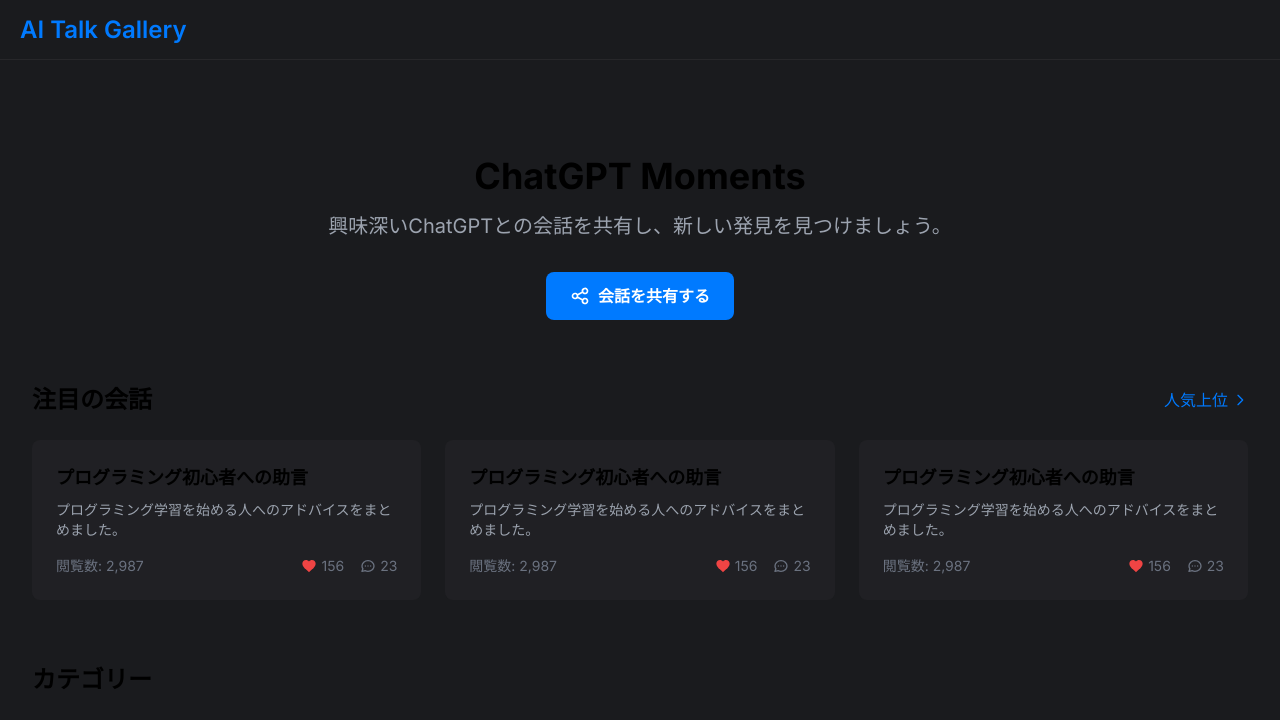
Repository: hayakawa1/ai-talk-gallery
Page: /
An editor plug-in stored every save of this project. The page is shown before and after the next save, followed by the edit.
The browser window is 1280 px wide. The pictures show the whole page.
An inner scrolling area shows only its first screen. The project was rebuilt for these pictures with package versions that can differ from the ones it lists, and the page was loaded fresh each time. The framework's server and built-in components were replaced by stand-ins that run in the browser. Also part of the build but not shown: next.config.ts.

Above is the page before, as saved 2024-12-16 23:05:15.

### src/app/layout.tsx
import './globals.css'
import type { Metadata } from 'next'
import { Inter } from 'next/font/google'

const inter = Inter({
  subsets: ['latin'],
  display: 'swap',
})

export const metadata: Metadata = {
  title: 'AI Talk Gallery',
  description: 'AI Talk Gallery',
}

export default function RootLayout({
  children,
}: {
  children: React.ReactNode
}) {
  return (
    <html lang="ja" className="dark">
      <body className={inter.className}>
        <div id="root" className="w-full h-full">
          <div className="flex flex-col h-full w-full bg-bolt-elements-background-depth-1">
            <header className="flex select-none items-center bg-bolt-elements-background-depth-1 pl-5 pr-4 border-b h-[60px] border-zinc-800">
              <div className="flex grow-1 basis-60 items-center gap-2 z-10">
                <a href="/" className="text-2xl font-semibold text-accent flex items-center">
                  AI Talk Gallery
                </a>
              </div>
              <div className="flex-1 select-text px-4 text-sm text-center">
              </div>
            </header>
            <main className="flex-1 overflow-auto">
              {children}
            </main>
          </div>
        </div>
      </body>
    </html>
  )
}

### src/app/page.tsx
import { PostForm } from "@/components/post-form"

export default function Home() {
  return (
    <div className="max-w-7xl mx-auto px-4 sm:px-6 lg:px-8 py-8">
      {/* ヒーローセクション */}
      <div className="text-center py-16">
        <h1 className="text-4xl font-bold mb-4">ChatGPT Moments</h1>
        <p className="text-xl text-gray-400 mb-8">
          興味深いChatGPTとの会話を共有し、新しい発見を見つけましょう。
        </p>
        <button className="bg-accent hover:bg-accent/90 text-white font-bold py-3 px-6 rounded-lg flex items-center gap-2 mx-auto">
          <svg className="w-5 h-5" fill="none" stroke="currentColor" viewBox="0 0 24 24">
            <path strokeLinecap="round" strokeLinejoin="round" strokeWidth={2} d="M8.684 13.342C8.886 12.938 9 12.482 9 12c0-.482-.114-.938-.316-1.342m0 2.684a3 3 0 110-2.684m0 2.684l6.632 3.316m-6.632-6l6.632-3.316m0 0a3 3 0 105.367-2.684 3 3 0 00-5.367 2.684zm0 9.316a3 3 0 105.368 2.684 3 3 0 00-5.368-2.684z" />
          </svg>
          会話を共有する
        </button>
      </div>

      {/* 注目の会話セクション */}
      <section className="mb-16">
        <div className="flex justify-between items-center mb-6">
          <h2 className="text-2xl font-bold">注目の会話</h2>
          <a href="#" className="text-accent hover:underline flex items-center gap-1">
            人気上位
            <svg className="w-4 h-4" fill="none" stroke="currentColor" viewBox="0 0 24 24">
              <path strokeLinecap="round" strokeLinejoin="round" strokeWidth={2} d="M9 5l7 7-7 7" />
            </svg>
          </a>
        </div>

        <div className="grid grid-cols-1 md:grid-cols-2 lg:grid-cols-3 gap-6">
          {/* 会話カード */}
          {[1, 2, 3].map((i) => (
            <div key={i} className="bg-zinc-800/50 rounded-lg p-6 hover:bg-zinc-800/70 transition">
              <h3 className="text-lg font-semibold mb-2">プログラミング初心者への助言</h3>
              <p className="text-gray-400 mb-4 text-sm">
                プログラミング学習を始める人へのアドバイスをまとめました。
              </p>
              <div className="flex justify-between text-sm text-gray-500">
                <span>閲覧数: 2,987</span>
                <div className="flex items-center gap-4">
                  <span className="flex items-center gap-1">
                    <svg className="w-4 h-4 text-red-500" fill="currentColor" viewBox="0 0 24 24">
                      <path d="M12 21.35l-1.45-1.32C5.4 15.36 2 12.28 2 8.5 2 5.42 4.42 3 7.5 3c1.74 0 3.41.81 4.5 2.09C13.09 3.81 14.76 3 16.5 3 19.58 3 22 5.42 22 8.5c0 3.78-3.4 6.86-8.55 11.54L12 21.35z"/>
                    </svg>
                    156
                  </span>
                  <span className="flex items-center gap-1">
                    <svg className="w-4 h-4" fill="none" stroke="currentColor" viewBox="0 0 24 24">
                      <path strokeLinecap="round" strokeLinejoin="round" strokeWidth={2} d="M8 12h.01M12 12h.01M16 12h.01M21 12c0 4.418-4.03 8-9 8a9.863 9.863 0 01-4.255-.949L3 20l1.395-3.72C3.512 15.042 3 13.574 3 12c0-4.418 4.03-8 9-8s9 3.582 9 8z" />
                    </svg>
                    23
                  </span>
                </div>
              </div>
            </div>
          ))}
        </div>
      </section>

      {/* カテゴリーセクション */}
      <section>
        <h2 className="text-2xl font-bold mb-6">カテゴリー</h2>
        <div className="grid grid-cols-2 md:grid-cols-3 lg:grid-cols-6 gap-4">
          {[
            { name: 'おもしろい', icon: '✨' },
            { name: '哲学的', icon: '💡' },
            { name: '感動的', icon: '💭' },
            { name: '技術的', icon: '⚡' },
            { name: '学び', icon: '📚' },
            { name: 'その他', icon: '🔗' },
          ].map((category) => (
            <a
              key={category.name}
              href="#"
              className="flex flex-col items-center justify-center p-6 bg-zinc-800/50 rounded-lg hover:bg-zinc-800/70 transition text-center"
            >
              <span className="text-2xl mb-2">{category.icon}</span>
              <span className="text-sm">{category.name}</span>
            </a>
          ))}
        </div>
      </section>
    </div>
  )
}

### src/app/globals.css
@tailwind base;
@tailwind components;
@tailwind utilities;

:root {
  --header-height: 60px;
}

html {
  @apply h-full;
}

body {
  @apply h-full;
}

#root {
  @apply h-full w-full;
}

### tailwind.config.js
/** @type {import('tailwindcss').Config} */
module.exports = {
  darkMode: 'class',
  content: [
    './src/pages/**/*.{js,ts,jsx,tsx,mdx}',
    './src/components/**/*.{js,ts,jsx,tsx,mdx}',
    './src/app/**/*.{js,ts,jsx,tsx,mdx}',
  ],
  theme: {
    extend: {
      colors: {
        'bolt-elements-background-depth-1': '#1A1B1E',
        'bolt-elements-textPrimary': '#FFFFFF',
        accent: '#007AFF',
      },
      borderColor: {
        'zinc-800': '#27272A',
      },
    },
  },
  plugins: [],
}

### src/components/post-form.tsx
"use client"

import { useForm } from "react-hook-form"
import { zodResolver } from "@hookform/resolvers/zod"
import { postSchema, type PostInput } from "@/lib/schemas"

const categories = ["雑談", "学問", "プロンプト", "創作", "実用"] as const

export function PostForm() {
  const {
    register,
    handleSubmit,
    formState: { errors, isSubmitting },
  } = useForm<PostInput>({
    resolver: zodResolver(postSchema),
  })

  const onSubmit = async (data: PostInput) => {
    try {
      const response = await fetch("/api/posts", {
        method: "POST",
        headers: { "Content-Type": "application/json" },
        body: JSON.stringify(data),
      })

      if (!response.ok) throw new Error("投稿に失敗しました")

      // フォームをリセットするなどの処理
    } catch (error) {
      console.error(error)
      alert("エラーが発生しました")
    }
  }

  return (
    <form onSubmit={handleSubmit(onSubmit)} className="space-y-4">
      <div>
        <label className="block text-sm font-medium text-gray-700">
          ChatGPT共有リンク
        </label>
        <input
          type="url"
          {...register("url")}
          className="mt-1 block w-full rounded-md border-gray-300 shadow-sm focus:border-indigo-500 focus:ring-indigo-500"
          placeholder="https://chat.openai.com/share/..."
        />
        {errors.url && (
          <p className="mt-1 text-sm text-red-600">{errors.url.message}</p>
        )}
      </div>

      <div>
        <label className="block text-sm font-medium text-gray-700">
          要約
        </label>
        <textarea
          {...register("summary")}
          className="mt-1 block w-full rounded-md border-gray-300 shadow-sm focus:border-indigo-500 focus:ring-indigo-500"
          rows={3}
          placeholder="会話の内容を簡単に要約してください"
        />
        {errors.summary && (
          <p className="mt-1 text-sm text-red-600">{errors.summary.message}</p>
        )}
      </div>

      <div>
        <label className="block text-sm font-medium text-gray-700">
          カテゴリ
        </label>
        <select
          {...register("category")}
          className="mt-1 block w-full rounded-md border-gray-300 shadow-sm focus:border-indigo-500 focus:ring-indigo-500"
        >
          {categories.map((category) => (
            <option key={category} value={category}>
              {category}
            </option>
          ))}
        </select>
        {errors.category && (
          <p className="mt-1 text-sm text-red-600">{errors.category.message}</p>
        )}
      </div>

      <div>
        <label className="block text-sm font-medium text-gray-700">
          タグ（オプション）
        </label>
        <input
          type="text"
          {...register("tags")}
          className="mt-1 block w-full rounded-md border-gray-300 shadow-sm focus:border-indigo-500 focus:ring-indigo-500"
          placeholder="カンマ区切りでタグを入力（例：プログラミング, 哲学）"
        />
      </div>

      <button
        type="submit"
        disabled={isSubmitting}
        className="inline-flex justify-center rounded-md border border-transparent bg-indigo-600 py-2 px-4 text-sm font-medium text-white shadow-sm hover:bg-indigo-700 focus:outline-none focus:ring-2 focus:ring-indigo-500 focus:ring-offset-2 disabled:opacity-50"
      >
        {isSubmitting ? "投稿中..." : "投稿する"}
      </button>
    </form>
  )
}

### src/lib/schemas.ts
import { z } from "zod"

export const postSchema = z.object({
  url: z.string()
    .url("有効なURLを入力してください")
    .startsWith("https://chat.openai.com/share/", "ChatGPTの共有リンクを入力してください"),
  summary: z.string()
    .min(1, "要約を入力してください")
    .max(200, "要約は200文字以内で入力してください"),
  category: z.enum(["雑談", "学問", "プロンプト", "創作", "実用"]),
  tags: z.string().optional(),
})

export type PostInput = z.infer<typeof postSchema>

After the next save:
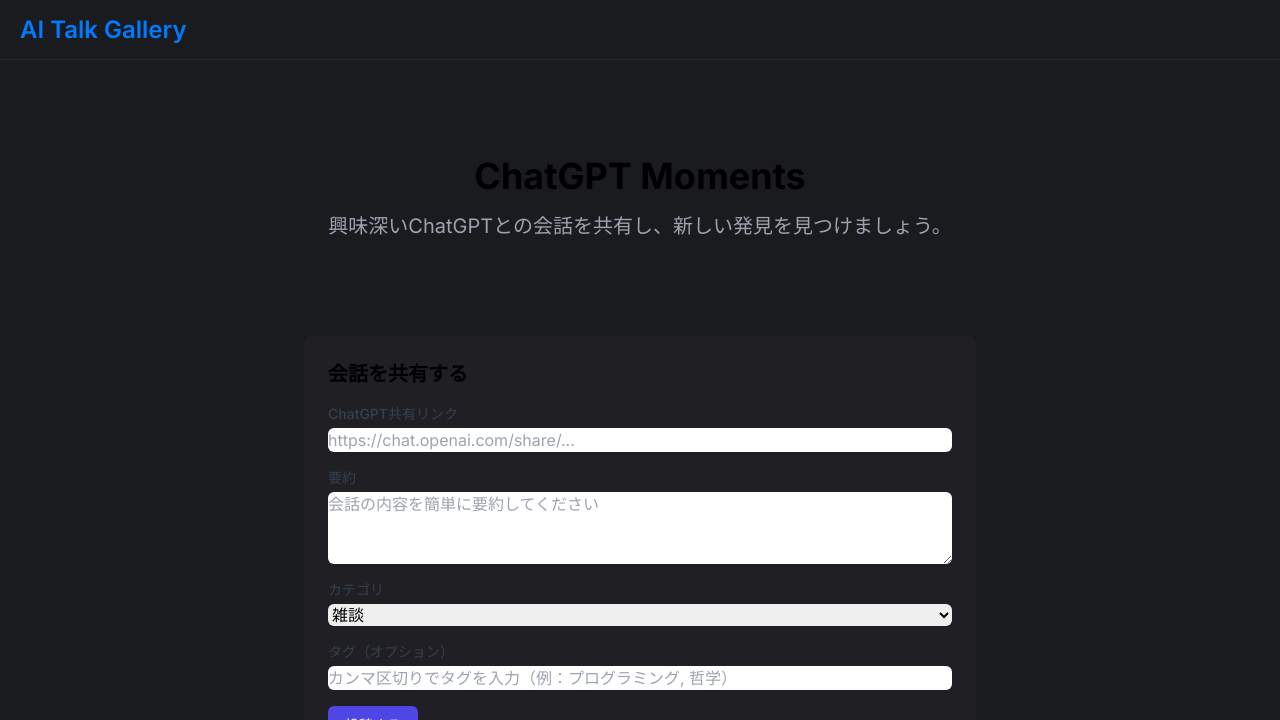
Saved 98 s later.
--- a/src/app/page.tsx
+++ b/src/app/page.tsx
@@ -9,13 +9,15 @@
         <p className="text-xl text-gray-400 mb-8">
           興味深いChatGPTとの会話を共有し、新しい発見を見つけましょう。
         </p>
-        <button className="bg-accent hover:bg-accent/90 text-white font-bold py-3 px-6 rounded-lg flex items-center gap-2 mx-auto">
-          <svg className="w-5 h-5" fill="none" stroke="currentColor" viewBox="0 0 24 24">
-            <path strokeLinecap="round" strokeLinejoin="round" strokeWidth={2} d="M8.684 13.342C8.886 12.938 9 12.482 9 12c0-.482-.114-.938-.316-1.342m0 2.684a3 3 0 110-2.684m0 2.684l6.632 3.316m-6.632-6l6.632-3.316m0 0a3 3 0 105.367-2.684 3 3 0 00-5.367 2.684zm0 9.316a3 3 0 105.368 2.684 3 3 0 00-5.368-2.684z" />
-          </svg>
-          会話を共有する
-        </button>
       </div>
+
+      {/* 投稿フォームセクション */}
+      <section className="mb-16 max-w-2xl mx-auto">
+        <div className="bg-zinc-800/50 rounded-lg p-6">
+          <h2 className="text-xl font-semibold mb-4">会話を共有する</h2>
+          <PostForm />
+        </div>
+      </section>
 
       {/* 注目の会話セクション */}
       <section className="mb-16">
@@ -62,14 +64,13 @@
       {/* カテゴリーセクション */}
       <section>
         <h2 className="text-2xl font-bold mb-6">カテゴリー</h2>
-        <div className="grid grid-cols-2 md:grid-cols-3 lg:grid-cols-6 gap-4">
+        <div className="grid grid-cols-2 md:grid-cols-3 lg:grid-cols-5 gap-4">
           {[
-            { name: 'おもしろい', icon: '✨' },
-            { name: '哲学的', icon: '💡' },
-            { name: '感動的', icon: '💭' },
-            { name: '技術的', icon: '⚡' },
-            { name: '学び', icon: '📚' },
-            { name: 'その他', icon: '🔗' },
+            { name: '雑談', icon: '💭' },
+            { name: '学問', icon: '📚' },
+            { name: 'プロンプト', icon: '⚡' },
+            { name: '創作', icon: '✨' },
+            { name: '実用', icon: '🔧' },
           ].map((category) => (
             <a
               key={category.name}
